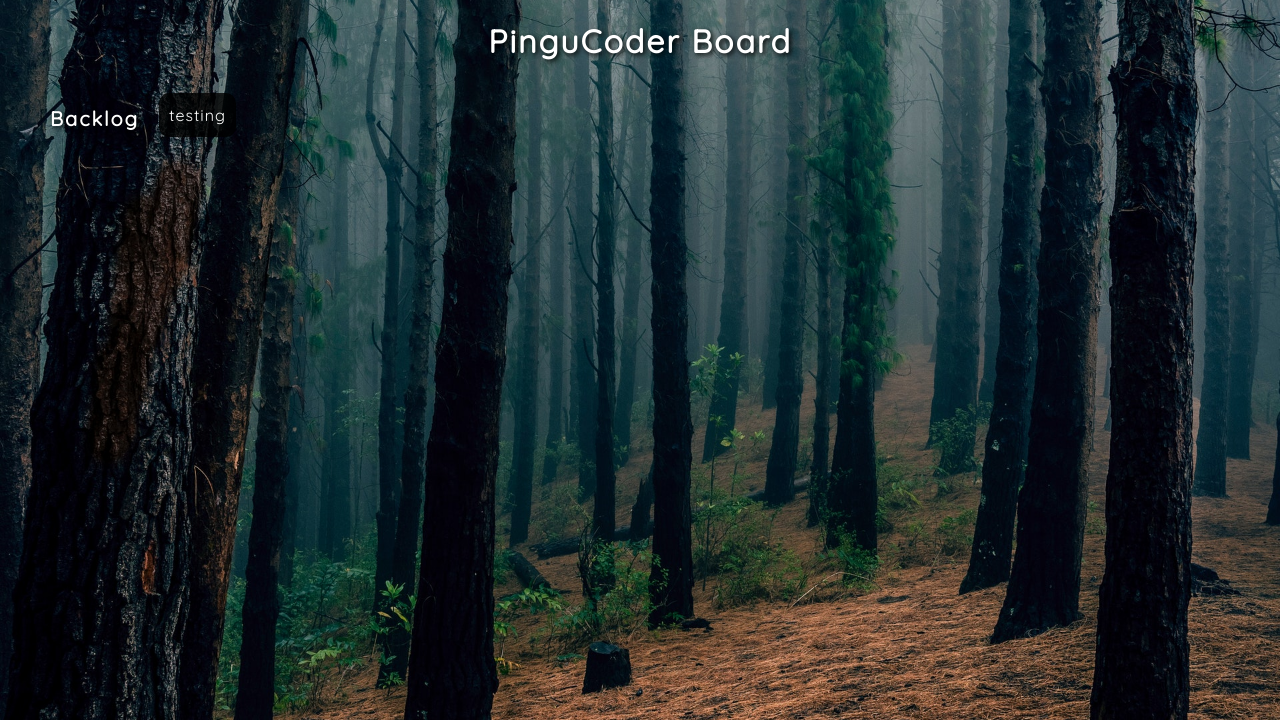
Repository: chanwarichawki/6Drag-And-Drop
Page: index.html
These files come from the project's save history. The page is drawn as it stood at one moment and after the next save; the edit follows.
The browser window is 1280 px wide. The pictures show the whole page.

Above is the page before, as saved 2023-12-25 18:35:02.

After the next save:
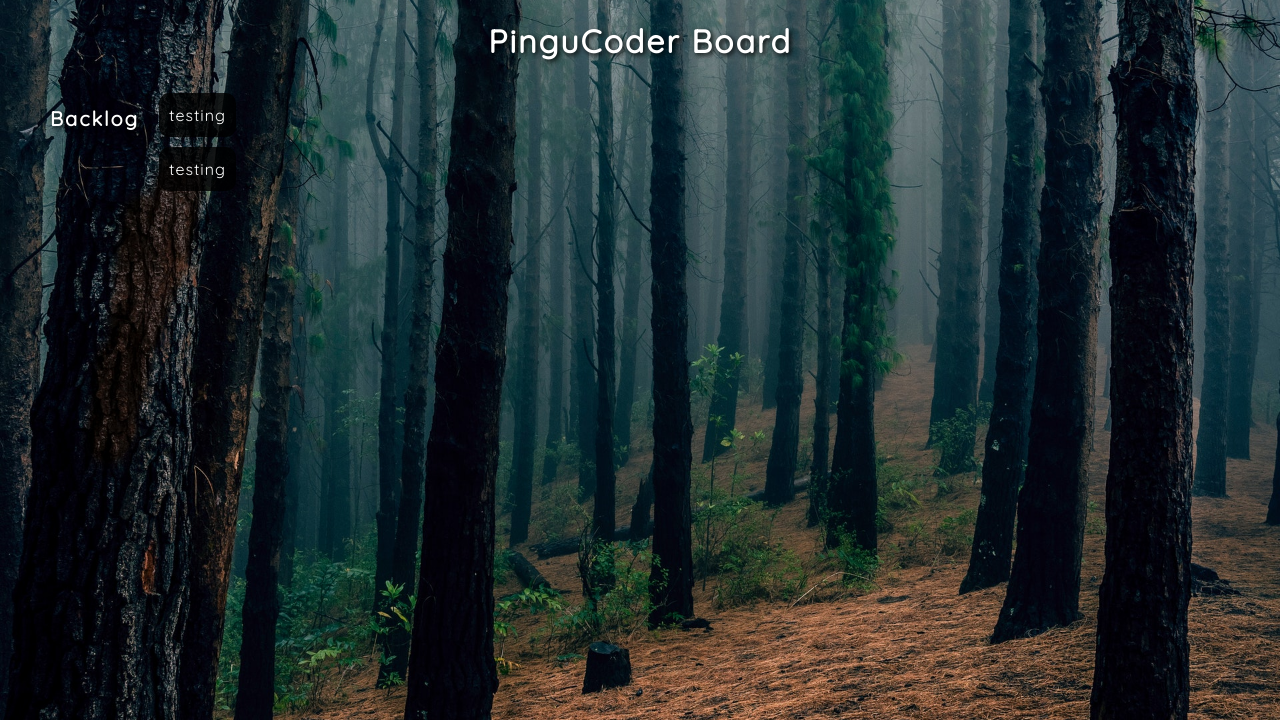
Saved 8 s later.
--- a/index.html
+++ b/index.html
@@ -20,6 +20,7 @@
         <div class="backlog-content">
           <ul class="drag-item-list" id="backlog-list">
             <li class="drag-item">testing</li>
+            <li class="drag-item">testing</li>
 
           </ul>
 
